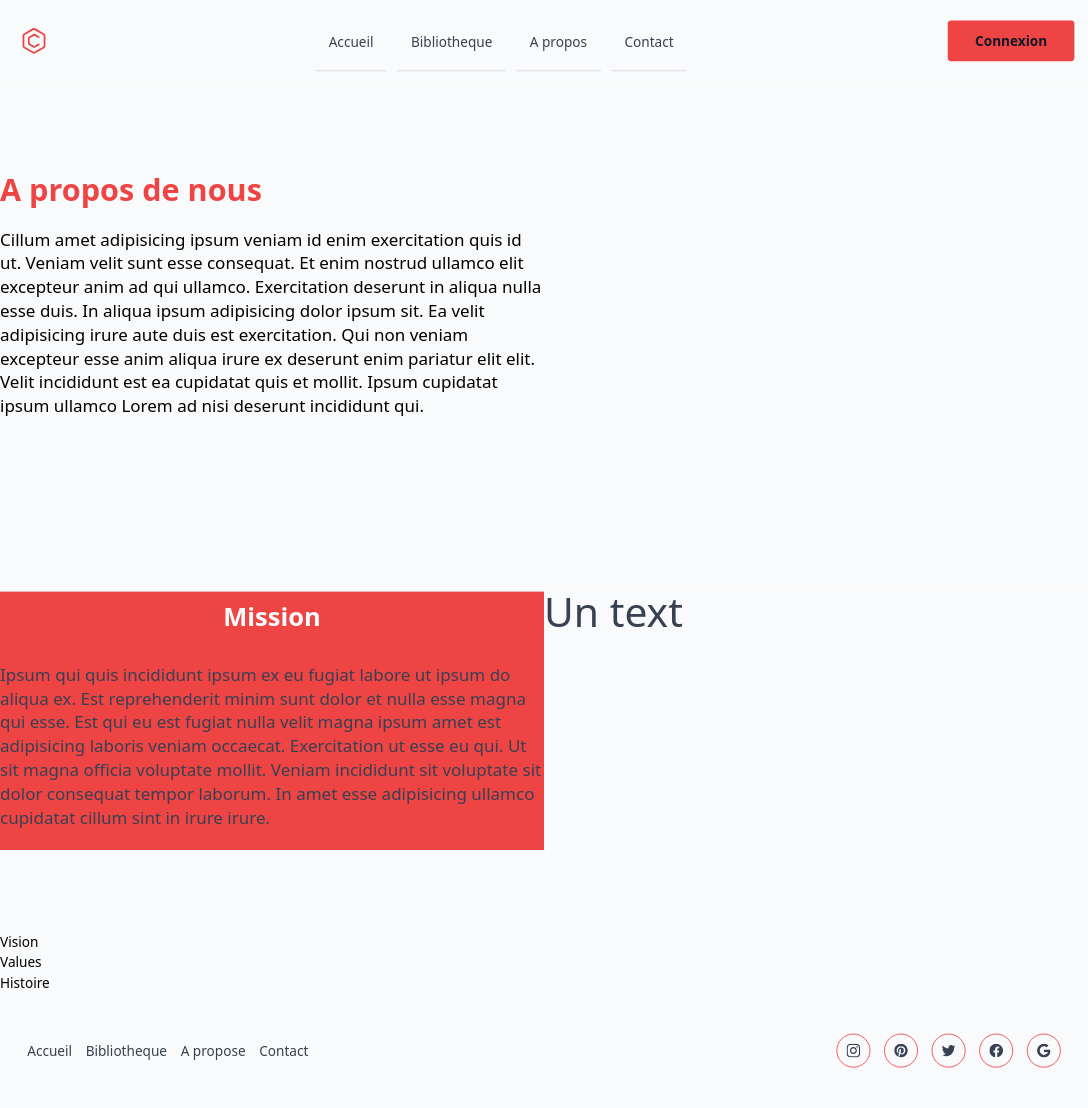
Repository: erulabs243/museum
Page: /about
An editor plug-in stored every save of this project. The page is shown before and after the next save, followed by the edit.
The browser window is 1280 px wide. The pictures show the whole page, at 85% of full size.
The project was rebuilt for these pictures with package versions that can differ from the ones it lists, and the page was loaded fresh each time. Also part of the build but not shown: vite.config.js, src/pages/admin/Home.jsx, src/pages/commons/NotFound.jsx, src/components/atoms/TagBadge.jsx, src/components/atoms/MyAudioPlayer.jsx, src/components/atoms/MyVideoPlayer.jsx, src/components/atoms/MediaCard.jsx, src/components/sections/Testimonial.jsx and 16 more.

Above is the page before, as saved 2022-08-10 14:04:08.

After the next save:
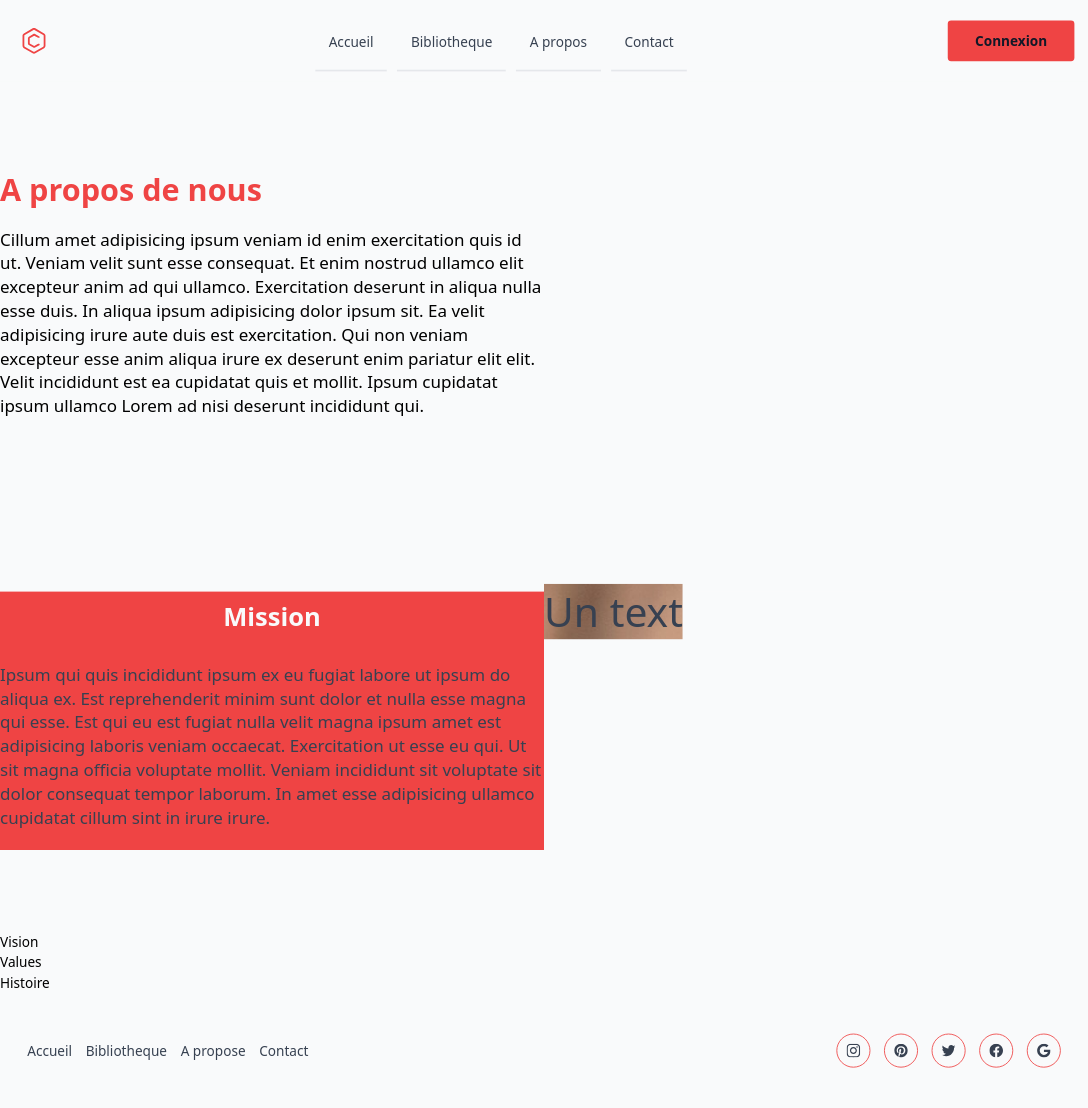
Saved 14 s later.
--- a/src/pages/user/About.jsx
+++ b/src/pages/user/About.jsx
@@ -43,7 +43,7 @@ const About = () => {
                         </p>
                     </div>
                     <div className="bg-gray-50 text-gray-700 text-5xl">
-                        <span>Un text</span>
+                        <span className="bg-children">Un text</span>
                     </div>
                 </div>
             </section>
